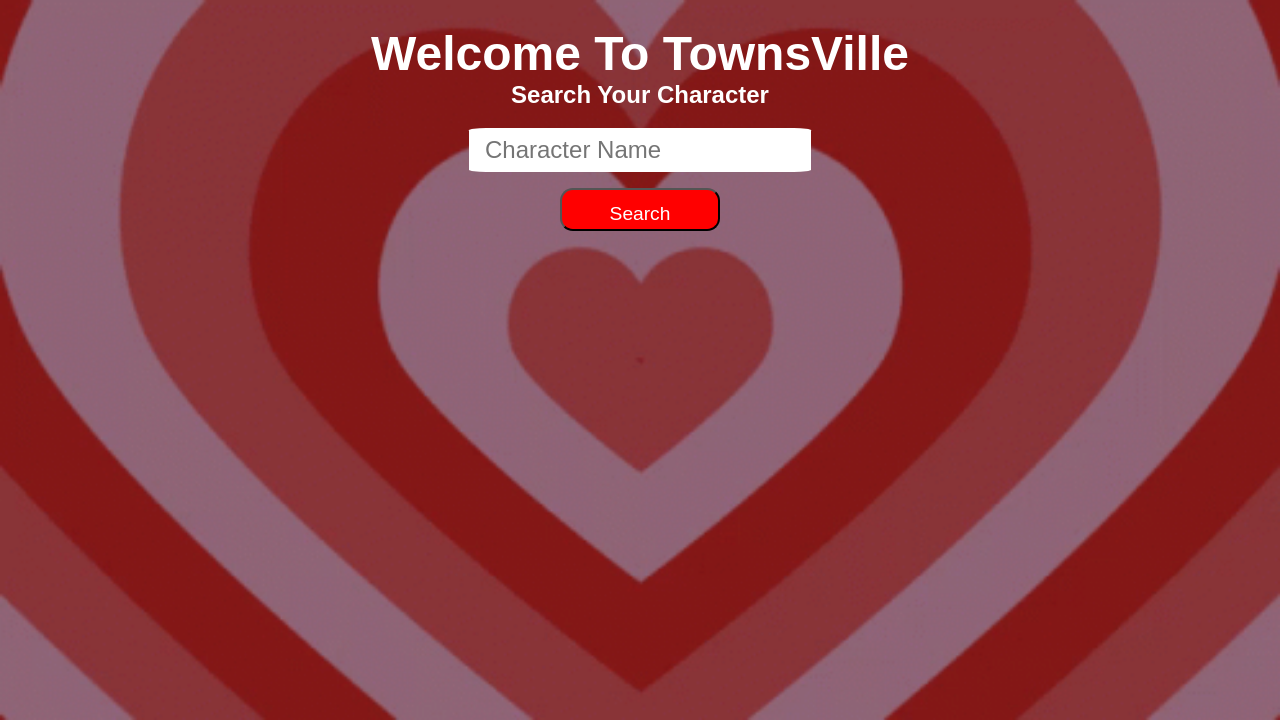
Repository: DrummerDee/PPG-FrontEnd
Page: index.html
The author's editor kept a copy of each file at every save. The page is drawn from the files as they stood at one save, then again after the next save.
The browser window is 1280 px wide. The pictures show the whole page.
Some web fonts or font styles are not loaded; a fallback is used.

Above is the page before, as saved 2022-08-06 17:43:54.

After the next save:
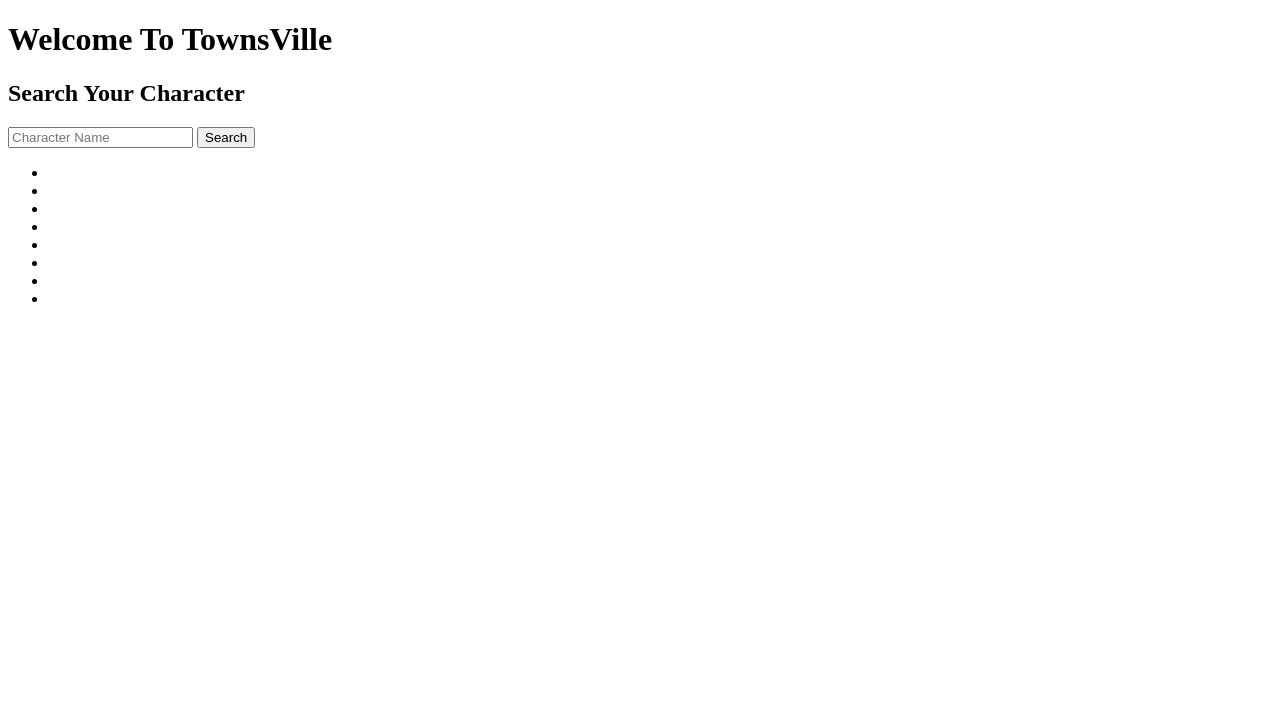
Saved 2 days later.
--- a/index.html
+++ b/index.html
@@ -5,10 +5,7 @@
     <meta http-equiv="X-UA-Compatible" content="IE=edge" />
     <meta name="viewport" content="width=device-width, initial-scale=1.0" />
     <base href="/">
-    <link rel="stylesheet" href="/css/index.css" />
-    <link rel="preconnect" href="https://fonts.googleapis.com" />
-    <link rel="preconnect" href="https://fonts.gstatic.com" crossorigin />
-    <link href="https://fonts.googleapis.com/css2?family=Fascinate&display=swap" rel="stylesheet"/>
+
     <title>PPG API</title>
   </head>
   <body>

After the 2 saves that followed:
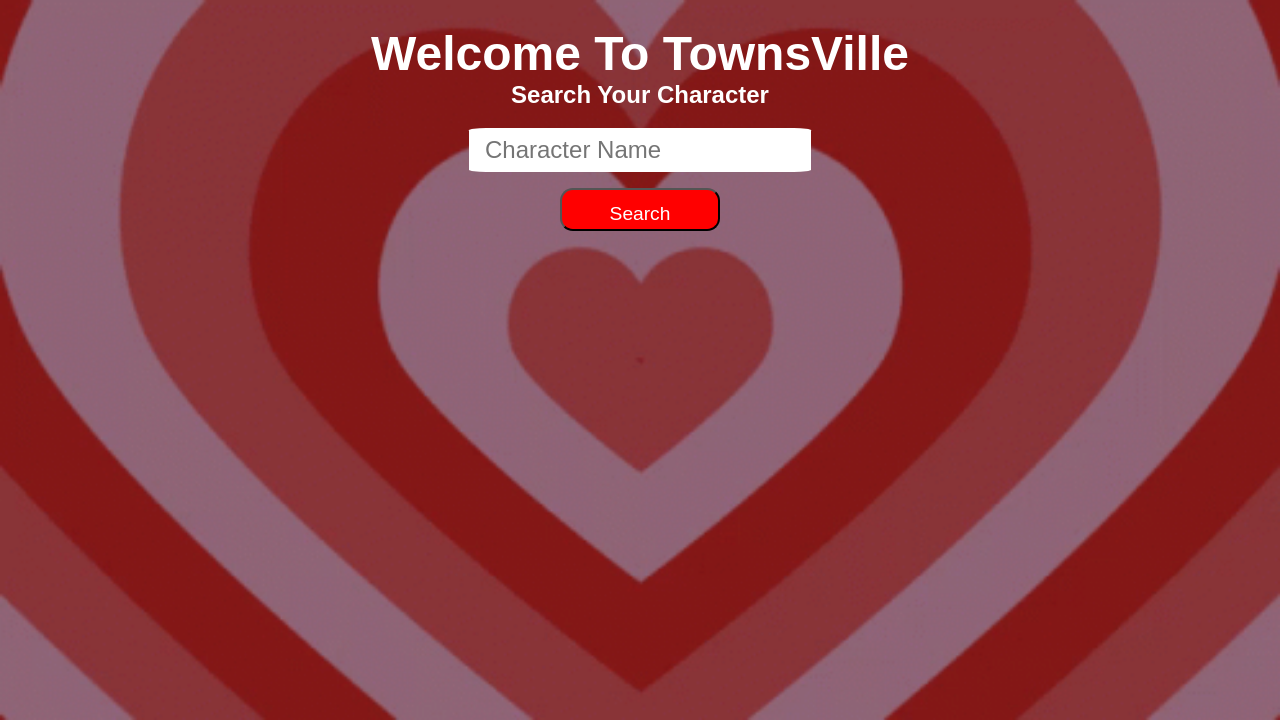
The 2 saves are shown as one change because 1 left the picture as it was.
The last was saved 11 s later.
--- a/index.html
+++ b/index.html
@@ -5,7 +5,10 @@
     <meta http-equiv="X-UA-Compatible" content="IE=edge" />
     <meta name="viewport" content="width=device-width, initial-scale=1.0" />
     <base href="/">
-
+    <link rel="stylesheet" href="/css/index.css" />
+    <link rel="preconnect" href="https://fonts.googleapis.com" />
+    <link rel="preconnect" href="https://fonts.gstatic.com" crossorigin />
+    <link href="https://fonts.googleapis.com/css2?family=Fascinate&display=swap" rel="stylesheet"/>
     <title>PPG API</title>
   </head>
   <body>
